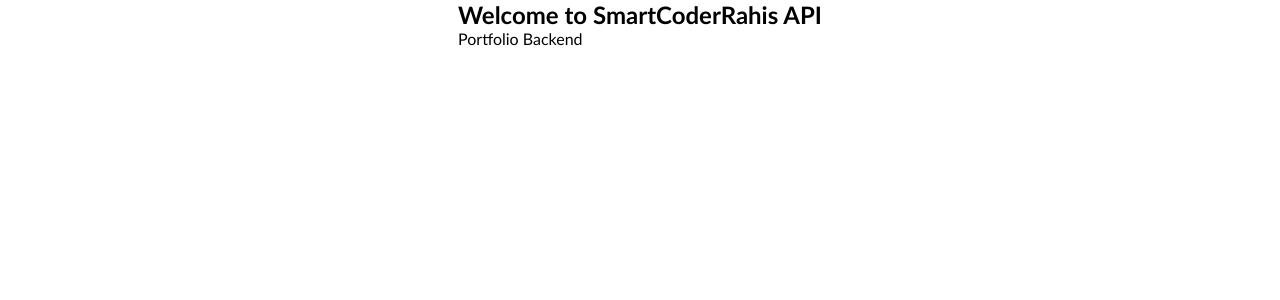
Repository: Rahis16/next_portfolio
Page: django_backend/portfolio/portfolioApp/templates/index.html
An editor plug-in stored every save of this project. The page is shown before and after the next save, followed by the edit.
The browser window is 1280 px wide. The pictures show the whole page.

Above is the page before, as saved 2025-06-25 13:13:38.

After the next save:
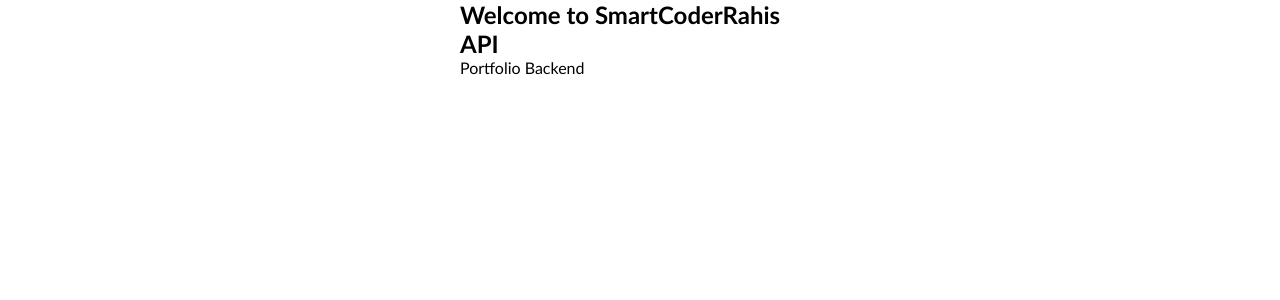
Saved 6 s later.
--- a/django_backend/portfolio/portfolioApp/templates/index.html
+++ b/django_backend/portfolio/portfolioApp/templates/index.html
@@ -22,7 +22,7 @@
 
         .home{
             height: 50vh;
-            width: ;;
+            width: 50vh;
         }
     </style>
 </head>
